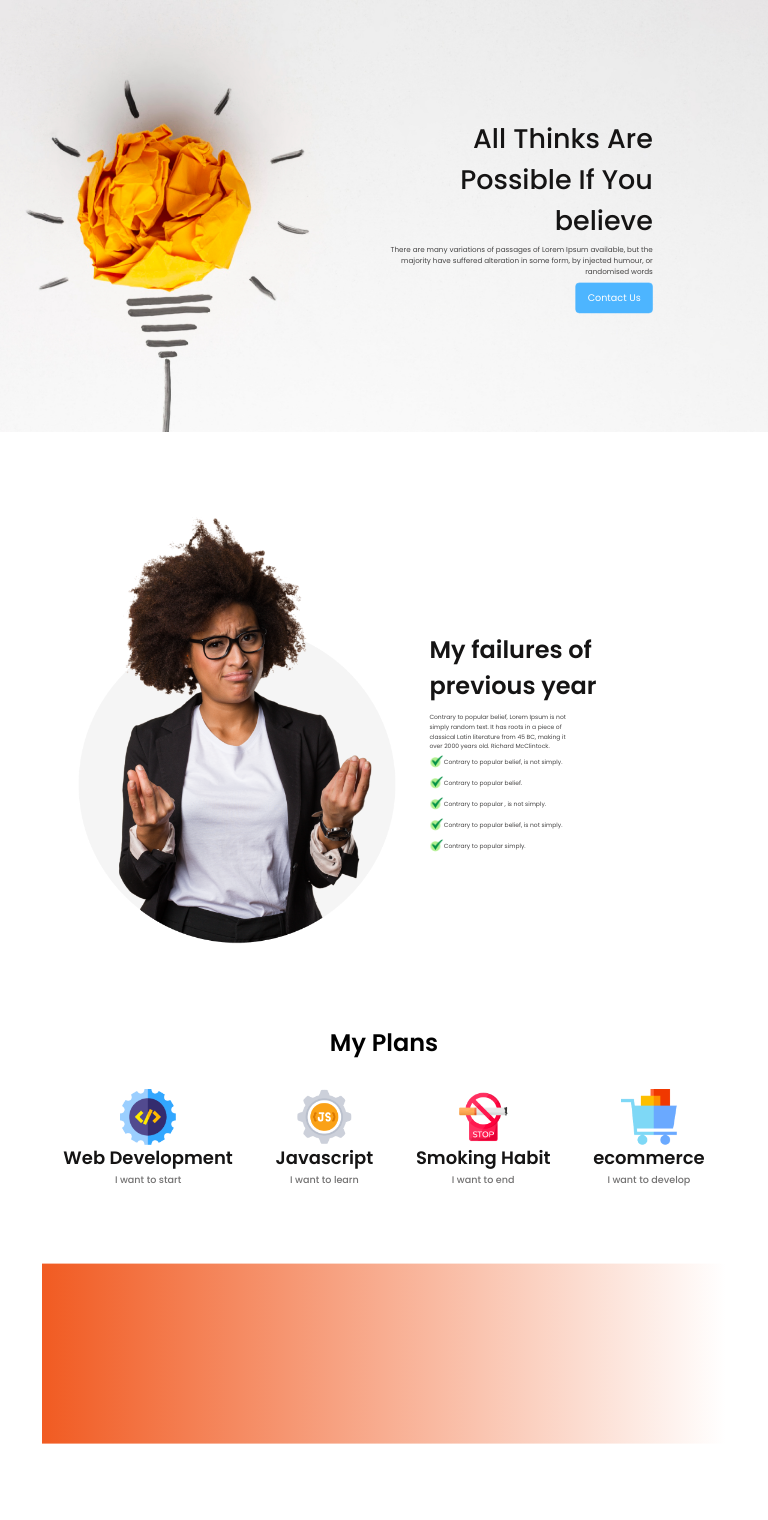
Repository: mdrubel02/new-year-new-mission
Page: index.html
An editor plug-in stored every save of this project. The page is shown before and after the next save, followed by the edit.
The browser window is 1280 px wide. The pictures show the whole page, at 60% of full size.

Above is the page before, as saved 2023-01-07 00:03:03.

### index.html
<!DOCTYPE html>
<html lang="en">

<head>
    <meta charset="UTF-8">
    <meta http-equiv="X-UA-Compatible" content="IE=edge">
    <meta name="viewport" content="width=device-width, initial-scale=1.0">
    <title>new-year-new-mission</title>
    <!-------- css link ---------->
    <link rel="stylesheet" href="/index.css">
</head>

<body>
    <header>
        <!--------- banner section --------->
        <section class="banner_section ">
            <div class="banner">
                <h1>All Thinks Are Possible If You believe</h1>
                <p>There are many variations of passages of Lorem Ipsum available, but the majority have suffered
                    alteration in some form, by injected humour, or randomised words</p>
                <a href="" class="btn btn-primary">Contact Us</a>
            </div>
        </section>
    </header>
    <!------------------ experience section---------------- -->
    <section class="container">
        <div class="experience_section">
            <div class="experience_left">
                <img src="./images/person.png" alt="">
            </div>
            <div class="experience_right">
                <h1>My failures of previous year</h1>
                <p>Contrary to popular belief, Lorem Ipsum is not simply random text. It has roots in a piece of
                    classical Latin literature from 45 BC, making it over 2000 years old. Richard McClintock.</p>
                <ul>
                    <li class="experience-item"><span><img src="/images/check-mark.png" alt=""></span>
                        <p>Contrary to popular belief, is not simply.</p>
                    </li>
                    <li class="experience-item"><span><img src="/images/check-mark.png" alt=""></span>
                        <p>Contrary to popular belief.</p>
                    </li>
                    <li class="experience-item"><span><img src="/images/check-mark.png" alt=""></span>
                        <p>Contrary to popular , is not simply.</p>
                    </li>
                    <li class="experience-item"><span><img src="/images/check-mark.png" alt=""></span>
                        <p>Contrary to popular belief, is not simply.</p>
                    </li>
                    <li class="experience-item"><span><img src="/images/check-mark.png" alt=""></span>
                        <p>Contrary to popular simply.</p>
                    </li>
                </ul>
            </div>
        </div>

    </section>
    <!---------------- my plans section-------------->
    <section class="container">
        <h1 class="title">My Plans</h1>
        <div class="my_plans_section">
            <div class="my_plans_items">
                <img src="/images/icons/web.png" alt="">
                <h2>Web Development</h2>
                <p>I want to start</p>
            </div>
            <div class="my_plans_items">
                <img src="/images/icons/js.png" alt="">
                <h2>Javascript</h2>
                <p>I want to learn</p>
            </div>
            <div class="my_plans_items">
                <img src="/images/icons/smoke.png" alt="">
                <h2>Smoking Habit</h2>
                <p>I want to end</p>
            </div>
            <div class="my_plans_items">
                <img src="/images/icons/ecom.png" alt="">
                <h2>ecommerce</h2>
                <p>I want to develop</p>
            </div>
        </div>

    </section>
    <!------------- activity section --------------->
    <section class="container">
        <div class="activity_section">

        </div>
    </section>
</body>

</html>

### index.css
/* =====GOOGLE FONTS====== */
@import url('https://fonts.googleapis.com/css2?family=Poppins:wght@300;400;500;600&display=swap');

/* =====COMMON STYLES====== */
* {
    margin: 0;
    padding: 0;
    border: 0;
    outline: 0;
    list-style: none;
    text-decoration: none;
}

body {
    font-family: 'Poppins', sans-serif;
}

h1,
h2,
h3,
h4,
h5,
h6 {
    font-weight: 500;
}

.container {
    max-width: 1200px;
    margin: 0 auto;
    margin-top: 10%;
    margin-bottom: 10%;
    padding: 0 30px;
    box-sizing: border-box;
}

a {
    color: #fff;
    transition: all 400ms ease;
}

a:hover {
    color: #fff;
}

.btn {
    text-align: center;
    width: max-content;
    display: inline-block;
    color: #fff;
    padding: 0.75rem 1.2rem;
    border-radius: 0.4rem;
    border: 1px solid #4db5ff;
    transition: all 400ms ease;
}

.btn:hover {
    background: #fff;
    color: #4db5ff;
    border: 1px solid #4db5ff;
}

.btn-primary {
    background: #4db5ff;
    color: #fff;
}

/* ========= Banner section ============== */
.banner_section {
    background-image: url(/images/banner/banner1.png);
    background-repeat: no-repeat;
    background-size: cover;
    background-position: center center;
    height: 100vh;
    width: 100%;
    position: relative;
    z-index: 1;
    display: flex;
    flex-direction: column;
    justify-content: center;
    align-items: flex-end;
    text-align: center;
}

.banner {
    width: 35%;
    margin-top: -0%;
    position: absolute;
    right: 15%;
    display: flex;
    flex-direction: column;
    justify-content: end;
    align-items: flex-end;
}

.banner h1 {
    font-size: 45px;
    color: #151414;
    text-align: end;
}

.banner p {
    color: #444343;
    font-size: 12px;
    text-align: end;
    padding-top: 5px;
    padding-bottom: 10px;
}


/* =========== experience section ================== */
.experience_section {
    display: flex;
    justify-content: space-evenly;
    align-items: center;
}

.experience_right {
    width: 40%;
    margin-top: 5%;
}

.experience_right h1 {
    font-weight: 700;
    font-size: 40px;
    padding-bottom: 10px;
    color: #151414;
}

.experience_right p {
    width: 50%;
    font-size: 10px;
    color: #444343;
    padding-top: 5px;
    padding-bottom: 5px;
}

.experience-item {
    display: flex;
    padding-bottom: 4px;
}

.experience-item span img {
    height: 24px;
    width: 24px;
}

/* ================= my plans section================ */
.title {
    text-align: center;
    font-size: 40px;
    font-weight: 700;
    margin-bottom: 3rem;
}

.my_plans_section {
    display: flex;
    justify-content: space-around;
    align-items: center;
}

.my_plans_items {
    display: flex;
    flex-direction: column;
    justify-content: center;
    align-items: center;
}

.my_plans_items h2 {
    font-size: 30px;
    font-weight: 700;
    color: #151414;
}

.my_plans_items p {
    font-weight: 500;
    font-size: 16px;
    color: #737272;
}

/* ============= activity section========= */
.activity_section {
    background-image: url(/images/watch.png);
    background-repeat: no-repeat;
    background-size: cover;
    background-position: center center;
    height: 300px;
    width: 100%;
    position: relative;
    z-index: 2;
    display: flex;
    flex-direction: column;
    justify-content: center;
    align-items: flex-end;
    text-align: center;
    /* background: rgb(238, 174, 202); */
    background: linear-gradient(90deg, #F15B22 0%, rgba(241, 91, 34, 0) 100%);
}

After the next save:
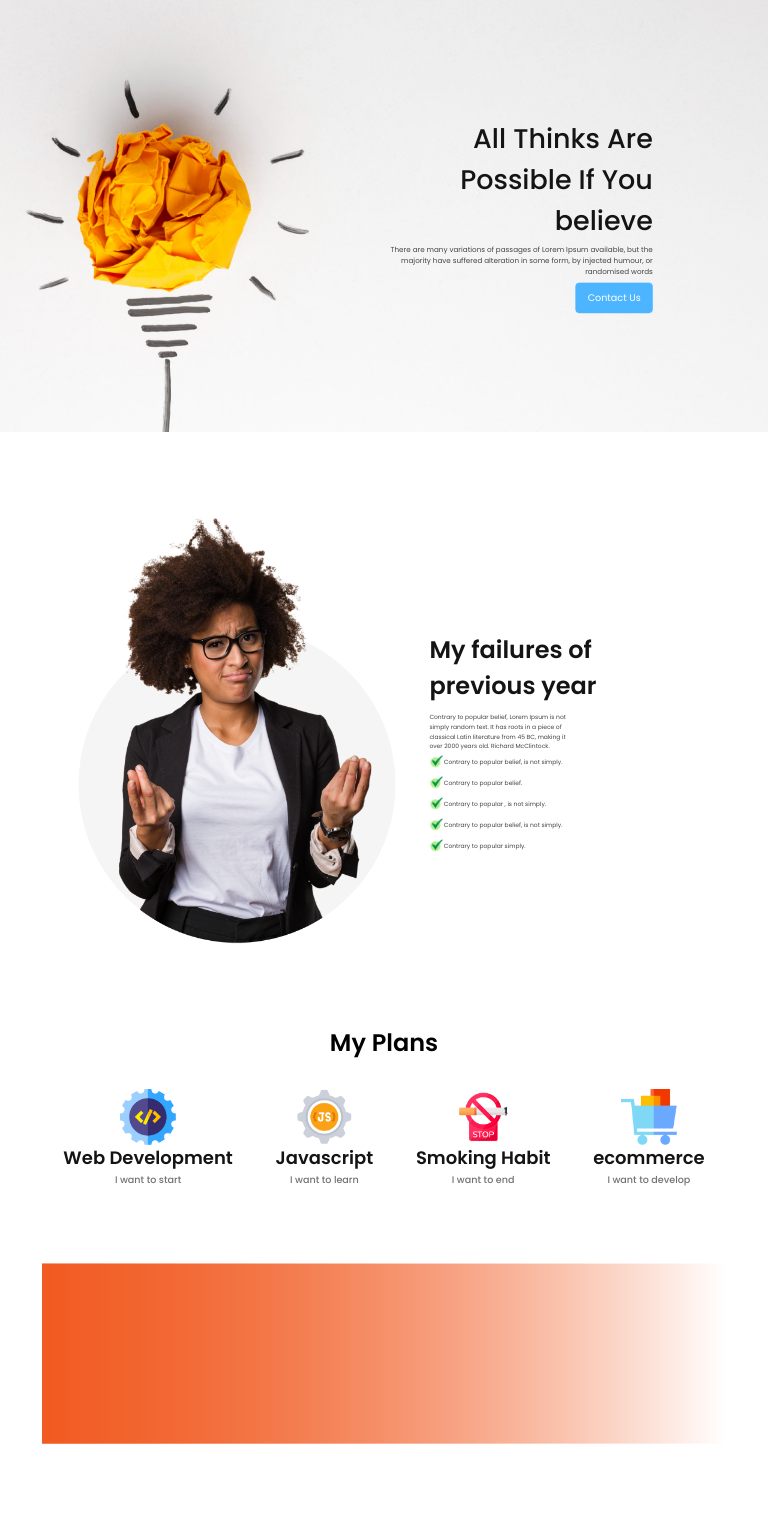
Saved 2 min 7 s later.
--- a/index.css
+++ b/index.css
@@ -195,3 +195,14 @@ a:hover {
     /* background: rgb(238, 174, 202); */
     background: linear-gradient(90deg, #F15B22 0%, rgba(241, 91, 34, 0) 100%);
 }
+.activity_section::after{
+    content: "";
+    position: absolute;
+    top: 0;
+    left: 0;
+    width: 100%;
+    height: 100%;
+    opacity: .7;
+    z-index: -5;
+    background: linear-gradient(90deg, #F15B22 0%, rgba(241, 91, 34, 0) 100%);
+}
